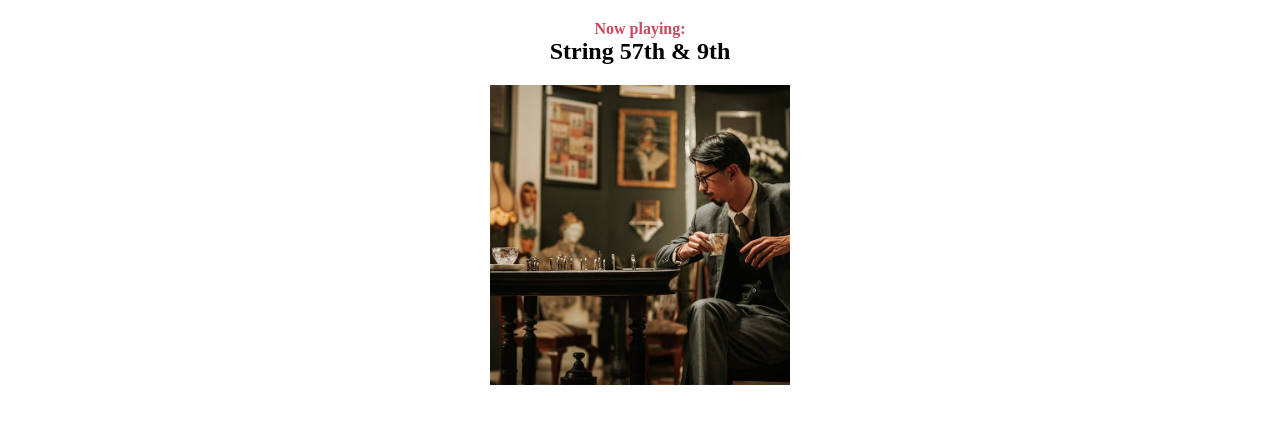
Repository: dovanthao2404/AppMusicPlayer
Page: index.html
An editor plug-in stored every save of this project. The page is shown before and after the next save, followed by the edit.
The browser window is 1280 px wide. The pictures show the whole page.

Above is the page before, as saved 2021-06-28 02:00:14.

### index.html
<!DOCTYPE html>
<html lang="en">

<head>
  <meta charset="UTF-8">
  <meta http-equiv="X-UA-Compatible" content="IE=edge">
  <meta name="viewport" content="width=device-width, initial-scale=1.0">
  <title>Music</title>
  <!-- FONTAWESOME -->
  <link rel="stylesheet" href="https://cdnjs.cloudflare.com/ajax/libs/font-awesome/5.15.3/css/all.min.css"
    integrity="sha512-iBBXm8fW90+nuLcSKlbmrPcLa0OT92xO1BIsZ+ywDWZCvqsWgccV3gFoRBv0z+8dLJgyAHIhR35VZc2oM/gI1w=="
    crossorigin="anonymous" referrerpolicy="no-referrer" />
  <!-- MAIN CSS -->
  <link rel="stylesheet" href="./css/app.css">
</head>

<body>
  <div class="player">
    <div class="dashboards">
      <!-- HEADER -->
      <header>
        <h4>Now playing:</h4>
        <h2>String 57th & 9th</h2>
      </header>

      <!-- CD -->
      <div id="cd" class="cd">
        <div class="thumb">
          <img src="./img/loinho.jpg" alt="">
        </div>
      </div>

      <!-- CONTROL -->
      <div class="controls" class="controls"></div>

      <!-- PROGRESS -->
      <div id="progress" class="progress"></div>

      <!-- AUDIO -->
      <audio id="audio" src=""></audio>

      <!-- PLAY LIST -->
      <div class="playlist">

      </div>
    </div>
  </div>
  <script src="./js/app.js"></script>
</body>

</html>

### css/app.css
/* GLOBAL */
* {
  padding: 0;
  margin: 0;
  box-sizing: border-box;
}
/* PLAYER */
.dashboards {
}
header {
  text-align: center;
  margin: 20px 0;
}
header h4 {
  color: rgb(202, 71, 93);
}
.thumb {
  width: 300px;
  height: 300px;
  margin: auto;
}
.thumb img {
  width: 100%;
  height: 100%;
  object-fit: cover;
}

Loaded but not shown: js/app.js (no stored copy; drawn as an empty file)

After the next save:
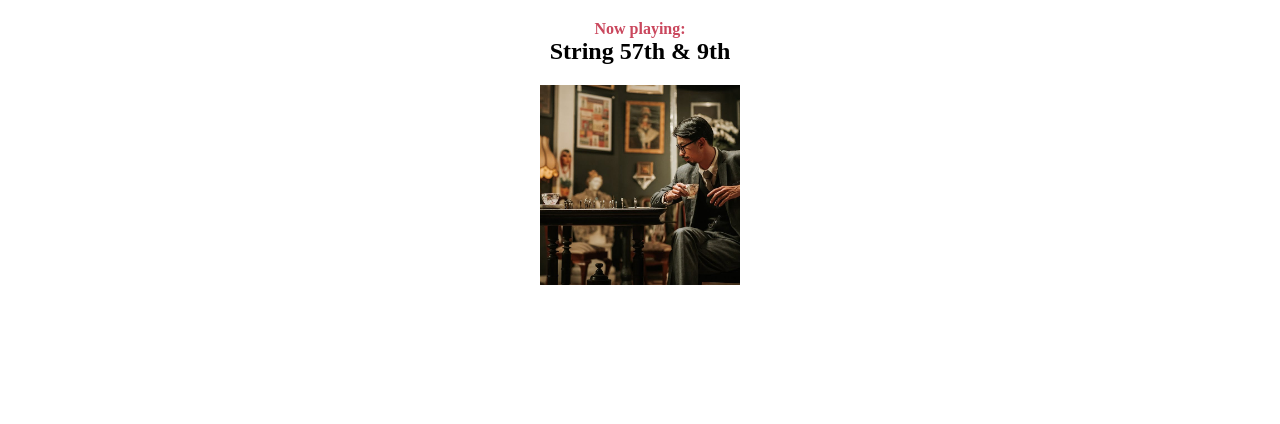
Saved 13 s later.
--- a/css/app.css
+++ b/css/app.css
@@ -15,8 +15,8 @@ header h4 {
   color: rgb(202, 71, 93);
 }
 .thumb {
-  width: 300px;
-  height: 300px;
+  width: 200px;
+  height: 200px;
   margin: auto;
 }
 .thumb img {
